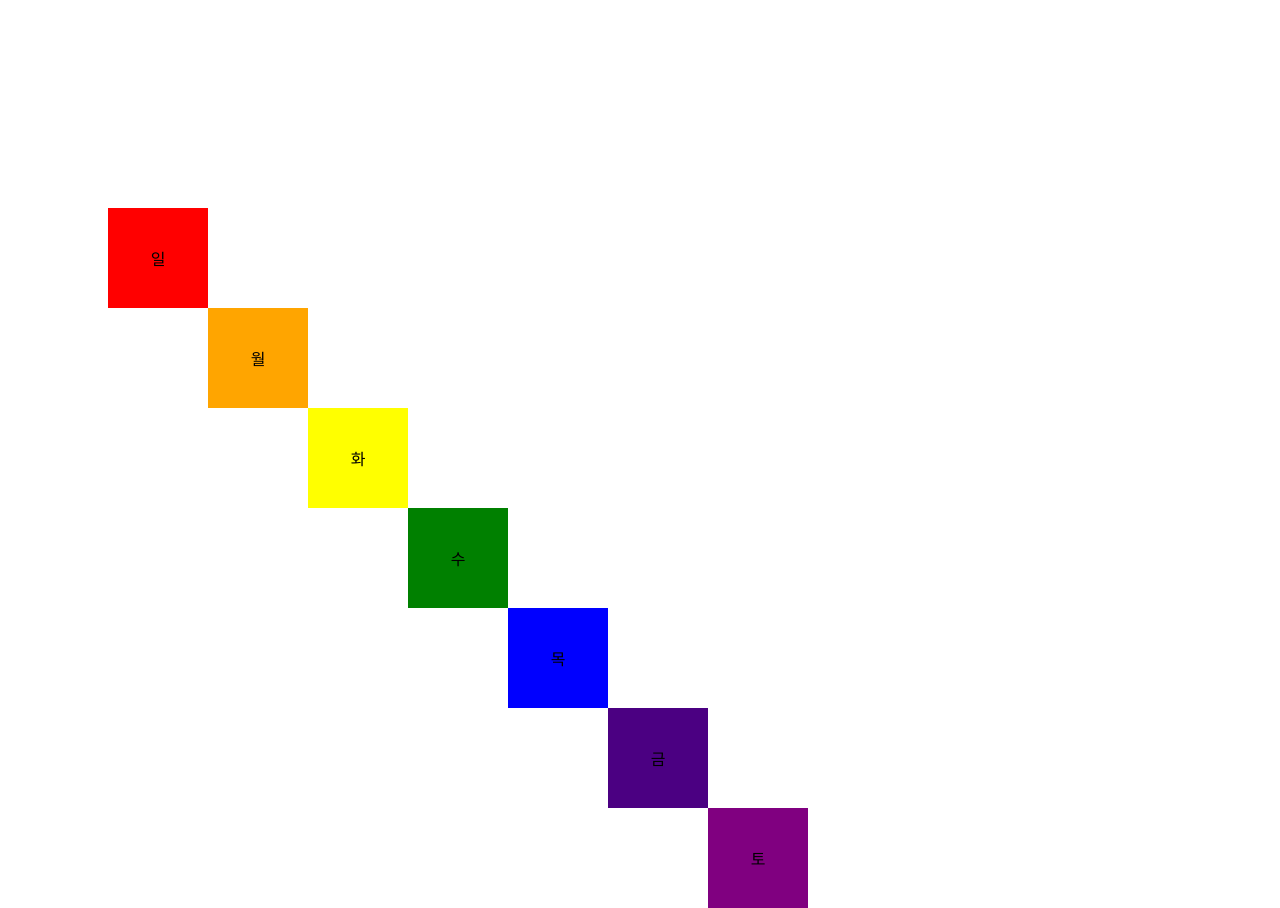
Repository: cdj6995/Web
Page: Lecture-Web/src/main/webapp/jquery/homework.html
The author's editor kept a copy of each file at every save. The page is drawn from the files as they stood at one save, then again after the next save.
The browser window is 1280 px wide. The pictures show the whole page.

Above is the page before, as saved 2022-05-30 11:13:10.

After the next save:
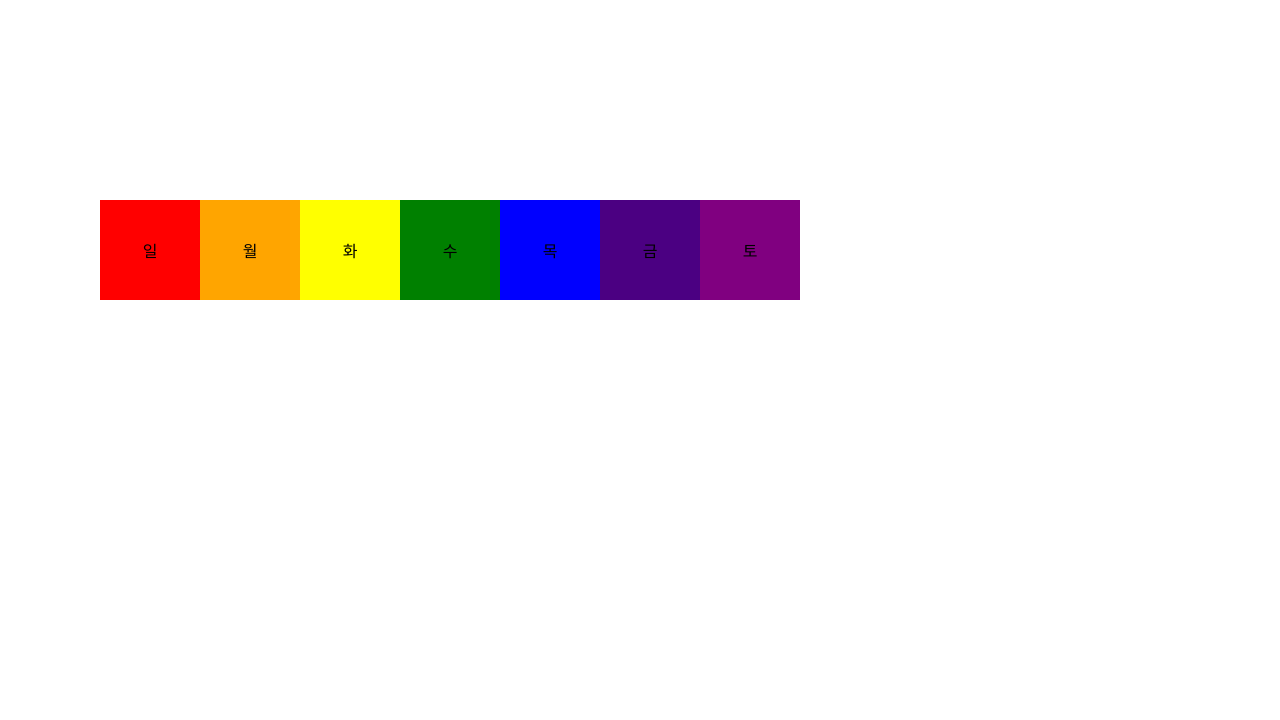
Saved 34 s later.
--- a/Lecture-Web/src/main/webapp/jquery/homework.html
+++ b/Lecture-Web/src/main/webapp/jquery/homework.html
@@ -7,7 +7,7 @@
 		div{
 			width : 100px;
 			height : 100px;
-			position : relative;
+			position : absolute;
 			display : flex;
 			align-items : center;
 			justify-content : center;
